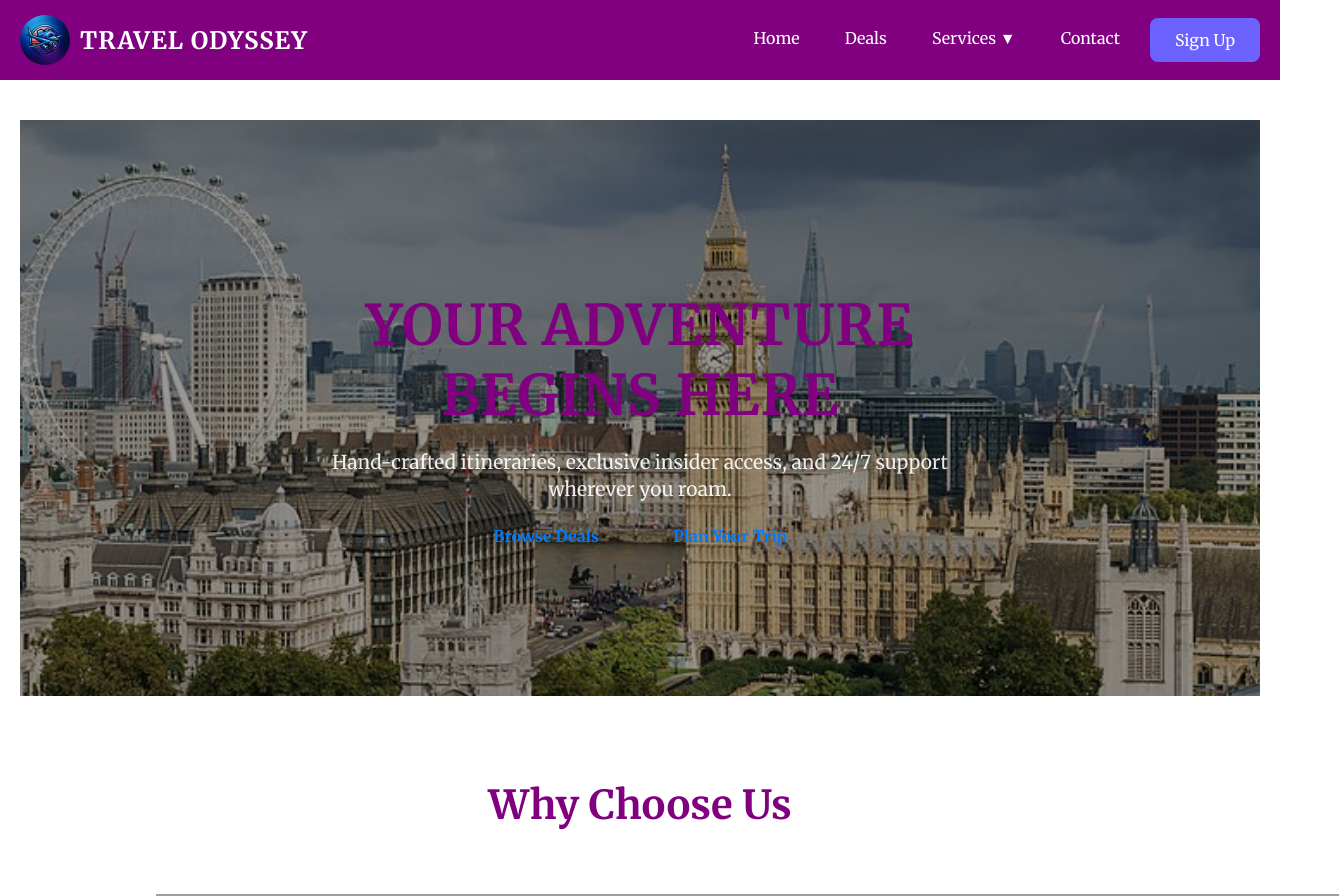
Repository: GHzPhoenix/Project-Odyssey
Page: Frontend/index.html
An editor plug-in stored every save of this project. The page is shown before and after the next save, followed by the edit.
The browser window is 1280 px wide. The page is 1339 px wide, so the pictures cover 1339 px, including what lies to the right of the window. The pictures show the part of the page from y = 0 to 896 px (the page is 3159 px tall).
Pictures or frames that could not be fetched are drawn as grey boxes.

Above is the page before, as saved 2025-06-09 01:46:55.

After the next save:
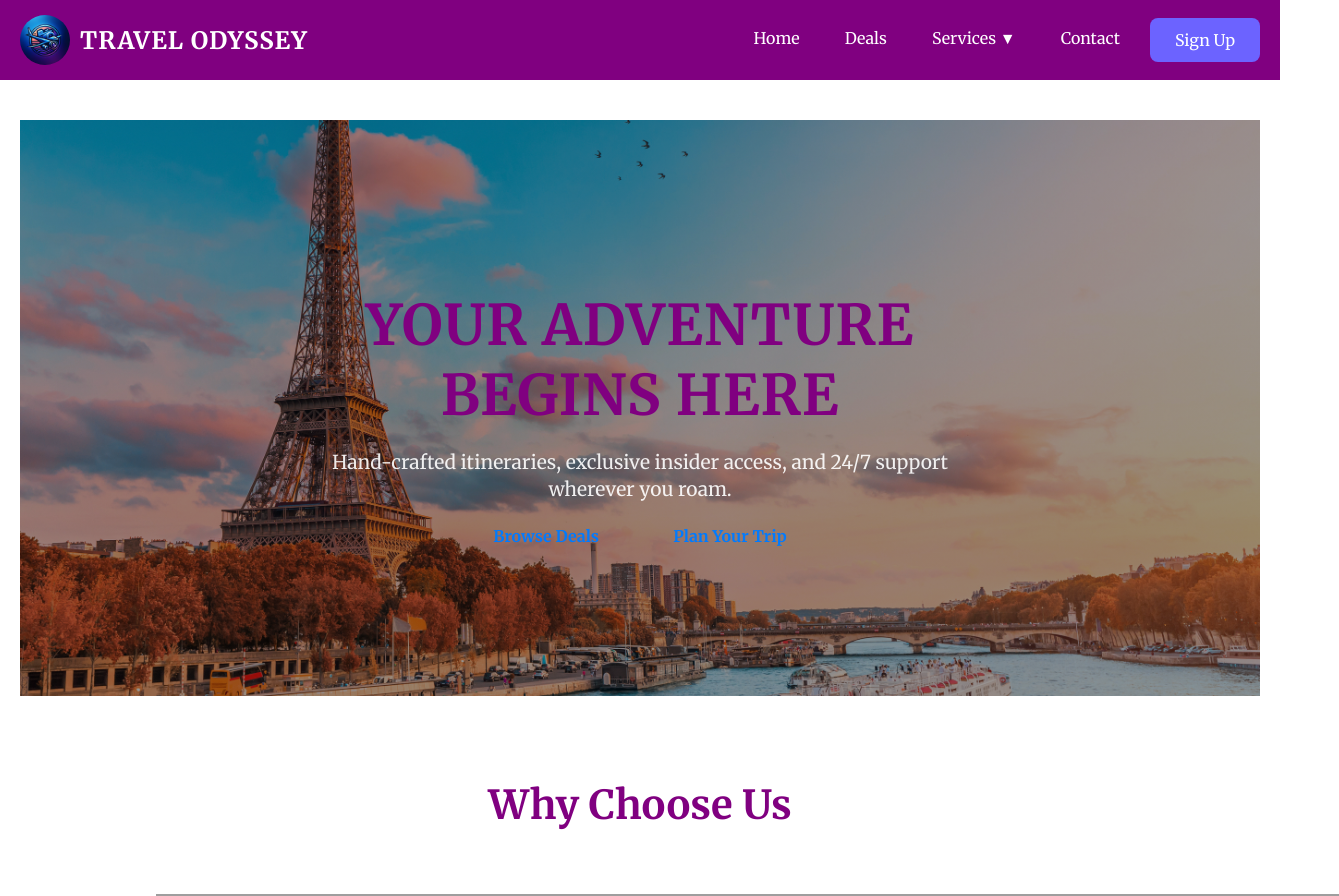
Saved 11 s later.
--- a/Frontend/css/style.css
+++ b/Frontend/css/style.css
@@ -1104,7 +1104,7 @@ nav ul li:hover .dropdown {
   height: 80vh;
   min-height: 400px;
   background: linear-gradient(rgba(0, 0, 0, 0.4), rgba(0, 0, 0, 0.4)),
-    url("/Frontend/assets/London.jpg") center/cover no-repeat;
+    url("/Frontend/assets/paris.jpg") center/cover no-repeat;
   display: flex;
   align-items: center;
   justify-content: center;
